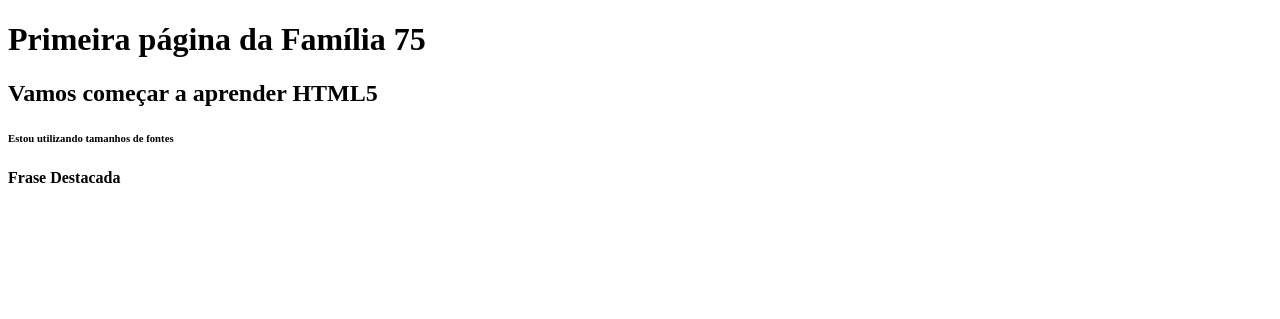
Repository: Thichi99/BootcampGen75
Page: Familia75/index.html
An editor plug-in stored every save of this project. The page is shown before and after a run of saves, followed by the edit.
The browser window is 1280 px wide. The pictures show the whole page.

Above is the page before, as saved 2024-07-26 10:48:40.

After the next 3 saves:
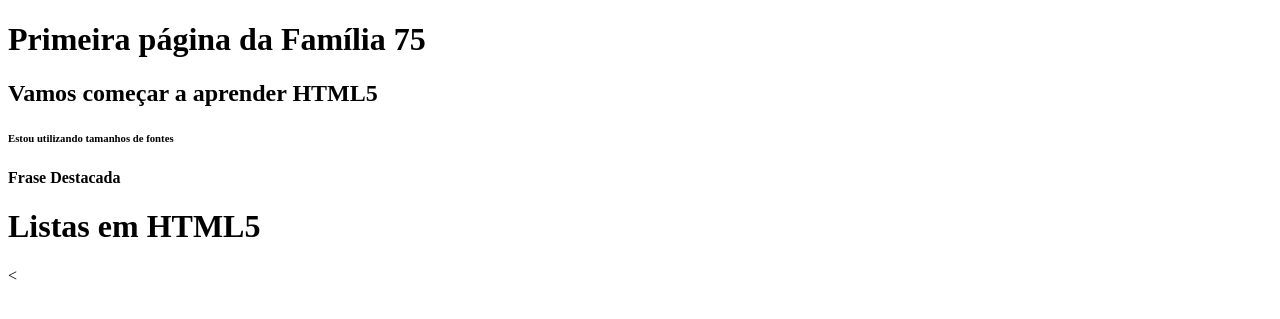
The 3 saves are shown as one change because they came seconds apart.
The last was saved 9 s later.
--- a/Familia75/index.html
+++ b/Familia75/index.html
@@ -13,6 +13,7 @@
    <h2>Vamos começar a aprender HTML5</h2>
    <h6>Estou utilizando tamanhos de fontes</h6>
    <strong>Frase Destacada</strong>
-   <h1
+   <h1>Listas em HTML5</h1>
+   <
 </body>
 </html>
